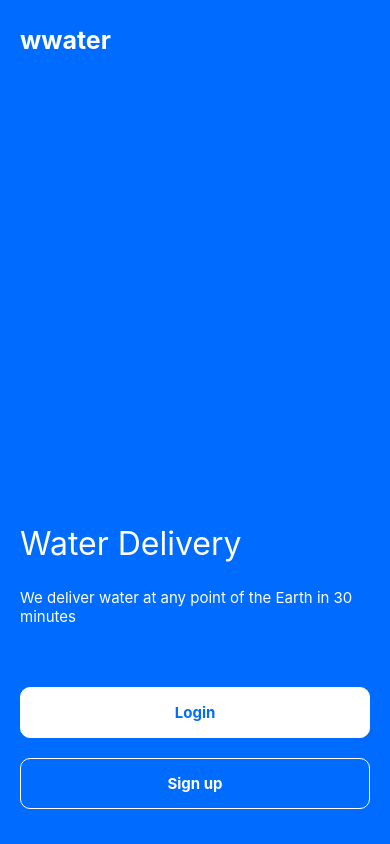
Repository: mtuguldr/myproject
Screen: /
These files come from the project's save history. The screen is drawn as it stood at one moment and after the next save; the edit follows.
The app was drawn by React Native's web renderer in a window 390 px wide. The project was rebuilt for these pictures with package versions that can differ from the ones it lists, and the page was loaded fresh each time. Also part of the build but not shown: app/Screens/HomeScreen.js.

Above is the screen before, as saved 2021-10-20 16:00:45.

### App.js
import React from 'react'
import HomeScreen from './app/Screens/HomeScreen'
import StartScreen from './app/Screens/StartScreen'

function App(props) {
	return <StartScreen />
}

export default App

### app/Screens/StartScreen.js
import React from 'react'
import { Platform, StyleSheet, Text, View } from 'react-native'

import Background from '../components/Background'
import Button from '../components/Button'
import Logo from '../components/Logo'
import colors from '../config/colors'
import { ft, hp, wp } from '../config/const'

const MARGIN_HORIZONTAL = wp('5%')
const MARGIN_VERTICAL_TALL = hp('6%')
const MARGIN_VERTICAL_SHORT = hp('3%')

function StartScreen() {
	return (
		<Background style={{ justifyContent: 'flex-end' }}>
			<Logo style={styles.logo} />
			<View style={styles.container}>
				<Text style={styles.title}>Water Delivery</Text>
				<Text style={styles.description}>
					We deliver water at any point of the Earth in 30
					minutes
				</Text>

				<Button
					color={colors.white}
					filled
					onPress={() => {}}
					title='Login'
				/>
				<Button
					color={colors.white}
					onPress={() => {}}
					title='Sign up'
				/>
			</View>
		</Background>
	)
}

const styles = StyleSheet.create({
	description: {
		color: 'white',
		fontSize: ft(14),
		marginBottom: MARGIN_VERTICAL_TALL,
	},
	container: {
		justifyContent: 'center',
		marginHorizontal: MARGIN_HORIZONTAL,
		marginBottom:
			Platform.OS === 'ios'
				? MARGIN_VERTICAL_TALL
				: MARGIN_VERTICAL_SHORT,
	},
	logo: {
		position: 'absolute',
		top:
			Platform.OS === 'ios'
				? MARGIN_VERTICAL_TALL
				: MARGIN_VERTICAL_SHORT,
		left: MARGIN_HORIZONTAL,
	},
	title: {
		color: 'white',
		fontSize: ft(28),
		marginBottom: MARGIN_VERTICAL_SHORT,
	},
})

export default StartScreen

### app/components/Background.js
import React, { Children } from 'react'
import { View, StyleSheet } from 'react-native'
import colors from '../config/colors'

function Background({ children, style }) {
	return <View style={[styles.container, style]}>{children}</View>
}

const styles = StyleSheet.create({
	container: {
		flex: 1,
		backgroundColor: colors.primary,
	},
})

export default Background

### app/components/Button.js
import React from 'react'
import { View, StyleSheet, TouchableOpacity, Text } from 'react-native'
import colors from '../config/colors'
import { ft } from '../config/const'

function Button({ title, onPress, color = colors.white, filled = false }) {
	return (
		<TouchableOpacity
			style={[
				styles.container,
				filled
					? {
							backgroundColor: color,
							borderColor: color,
					  }
					: {
							backgroundColor: 'transparent',
							borderColor: color,
					  },
			]}
			onPress={onPress}
		>
			<Text
				style={[
					styles.text,
					filled
						? {
								color: colors.primary,
						  }
						: {
								color: color,
						  },
				]}
			>
				{title}
			</Text>
		</TouchableOpacity>
	)
}

const styles = StyleSheet.create({
	container: {
		width: '100%',
		borderRadius: 10,
		padding: 15,
		borderWidth: 1,
		marginVertical: 10,
	},
	text: {
		fontWeight: 'bold',
		fontSize: ft(14),
		alignSelf: 'center',
	},
})

export default Button

### app/components/Logo.js
import React from 'react'
import { View, StyleSheet, Text } from 'react-native'
import { ft } from '../config/const'

function Logo({ style }) {
	return (
		<View style={style}>
			<Text style={styles.text}>wwater</Text>
		</View>
	)
}

const styles = StyleSheet.create({
	container: {},
	text: {
		color: 'white',
		fontWeight: 'bold',
		fontSize: ft(22),
	},
})

export default Logo

### app/config/const.js
import { Dimensions, Platform, PixelRatio } from 'react-native'

const { width: SCREEN_WIDTH, height: SCREEN_HEIGHT } = Dimensions.get('window')

// based on iphone 5s's scale
const scale = SCREEN_WIDTH / 320

export function ft(size) {
    const newSize = size * scale
    if (Platform.OS === 'ios') {
        return Math.round(PixelRatio.roundToNearestPixel(newSize))
    } else {
        return Math.round(PixelRatio.roundToNearestPixel(newSize)) - 2
    }
}

export {
    widthPercentageToDP as wp,
    heightPercentageToDP as hp,
} from 'react-native-responsive-screen'

### app/config/colors.js
export default {
	black: '#000',
	danger: '#ff5252',
	dark: '#0c0c0c',
	light: '#979797',
	medium: '#6e6969',
	primary: '#006bff',
	secondary: '#1768d3',
	white: '#fff',
}

After the next save:
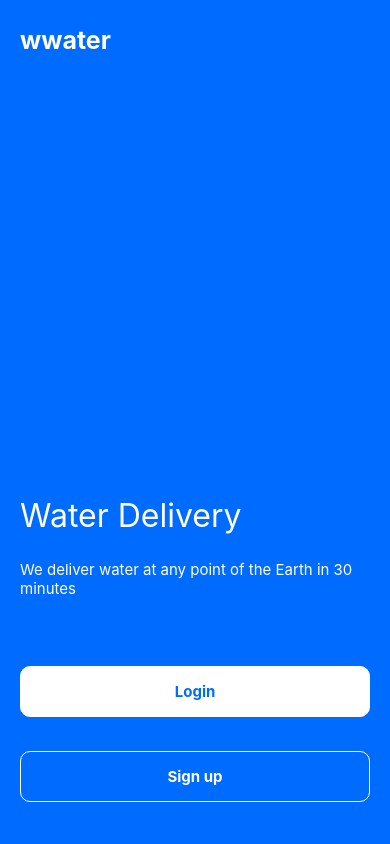
Saved 71 s later.
--- a/app/components/Button.js
+++ b/app/components/Button.js
@@ -1,7 +1,8 @@
 import React from 'react'
 import { View, StyleSheet, TouchableOpacity, Text } from 'react-native'
+
 import colors from '../config/colors'
-import { ft } from '../config/const'
+import { ft, hp } from '../config/const'
 
 function Button({ title, onPress, color = colors.white, filled = false }) {
 	return (
@@ -44,7 +45,7 @@ const styles = StyleSheet.create({
 		borderRadius: 10,
 		padding: 15,
 		borderWidth: 1,
-		marginVertical: 10,
+		marginVertical: hp('2%'),
 	},
 	text: {
 		fontWeight: 'bold',
